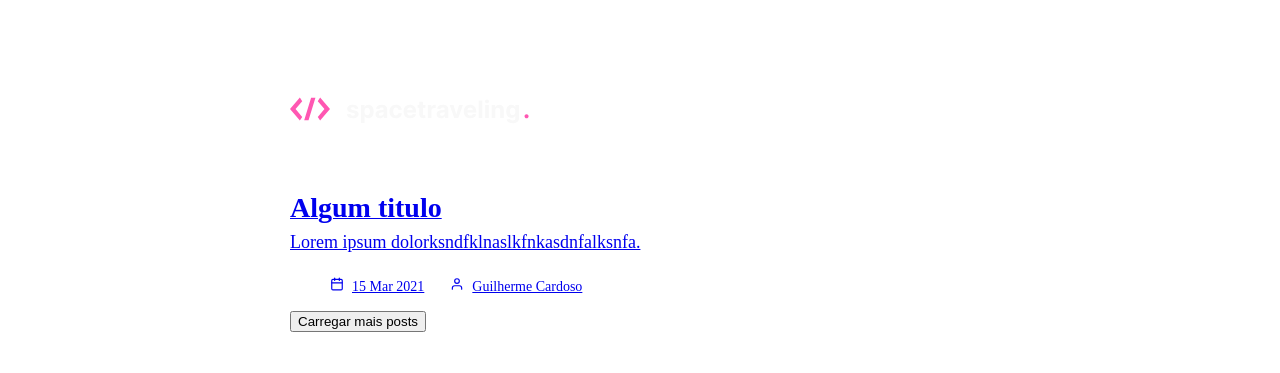
Repository: guilhermecardoso93/ignite-template-reactjs-criando-um-projeto-do-zero
Page: /
These files come from the project's save history. The page is drawn as it stood at one moment and after the next save; the edit follows.
The browser window is 1280 px wide. The pictures show the whole page.
The project was rebuilt for these pictures with package versions that can differ from the ones it lists, and the page was loaded fresh each time. The framework's server and built-in components were replaced by stand-ins that run in the browser.

Above is the page before, as saved 2022-07-24 11:56:51.

### src/pages/_document.tsx
import Document, { Head, Html, Main, NextScript } from "next/document";

export default class MyDocument extends Document {
  render() {
    return (
      <Html lang="pt-BR">
        <Head>
          <link rel="preconnect" href="https://fonts.googleapis.com" />
          <link rel="preconnect" href="https://fonts.gstatic.com" />
          <link
            href="https://fonts.googleapis.com/css2?family=Inter:wght@300;400;500;600;700&family=Roboto:wght@400;500;700&display=swap"
            rel="stylesheet"
          />
        </Head>
        <body>
          <Main />
          <NextScript />
        </body>
      </Html>
    );
  }
}

### src/pages/index.tsx
import { GetStaticProps } from 'next';
import Link from 'next/link';
import { FiCalendar, FiUser } from 'react-icons/fi';
import { Header } from '../components/Header';
import { getPrismicClient } from '../services/prismic';

import commonStyles from '../styles/common.module.scss';
import styles from './home.module.scss';

interface Post {
  uid?: string;
  first_publication_date: string | null;
  data: {
    title: string;
    subtitle: string;
    author: string;
  };
}

interface PostPagination {
  next_page: string;
  results: Post[];
}

interface HomeProps {
  postsPagination: PostPagination;
}

export default function Home(): JSX.Element {
  return (
    <>
      <main className={commonStyles.container}>
        <Header />

        <div className={styles.posts}>
          <Link href="/">
            <a className={styles.post}>
              <strong>Algum titulo</strong>
              <p>Lorem ipsum dolorksndfklnaslkfnkasdnfalksnfa.</p>
              <ul>
                <li>
                  <FiCalendar />
                  15 Mar 2021
                </li>
                <li>
                  <FiUser />
                  Guilherme Cardoso
                </li>
              </ul>
            </a>
          </Link>
        </div>
        <button type="button">Carregar mais posts</button>
      </main>
    </>
  );
}

### src/components/Header/index.tsx

import Link from "next/link";
import styles from "./header.module.scss";

export function Header() {
  return (
    <header className={styles.postHeader}>
      <Link href="/">
        <a>
          <img src="/logo.svg" alt="logo" className={styles.logo} />
        </a>
      </Link>
    </header>
  );
}

### src/styles/common.module.scss
.container {
  max-width: 700px;
  margin:4rem auto;
}

.preview {
  display: block;
  width:100%;
  max-width: 700px;
  margin: 0 auto;
  margin-top: 5.5rem;
  background:var(--heading);
  color:var(--background);
  text-align:center;
  border-radius: 4px;
  padding: 1rem;
  font-weight: 600;
  font-size: 1.125rem;
}

### src/pages/home.module.scss
.posts {
  margin-top: 2rem;

  > a {
    display: block;
  }

  a + a {
    margin-top: 3rem;
  }

  button {
    border: none;
    background-color: none;
    font-weight: 600;
    font-size: 1.125rem;
    color:var(--highlight);

  }
}

.post {
  strong {
    font-size: 1.75rem;
    font-weight: bold;
    color: var(--heading);
  }

  p {
    margin-top: 0.5rem;
    font-size: 1.125rem;
  }

  ul {
    list-style: none;
    margin-top: 1.5rem;
    display: flex;

    & li {
      font-size: 0.875rem;

      & svg {
        margin-right: 0.5rem;
      }

      & + li {
        margin-left: 1.625rem;
      }
    }
  }
}

### src/components/Header/header.module.scss
.postHeader {
  height: 6rem;
  max-width: 700px;
  margin: 0 auto;
  display: flex;
  align-items: center;
}

After the next save:
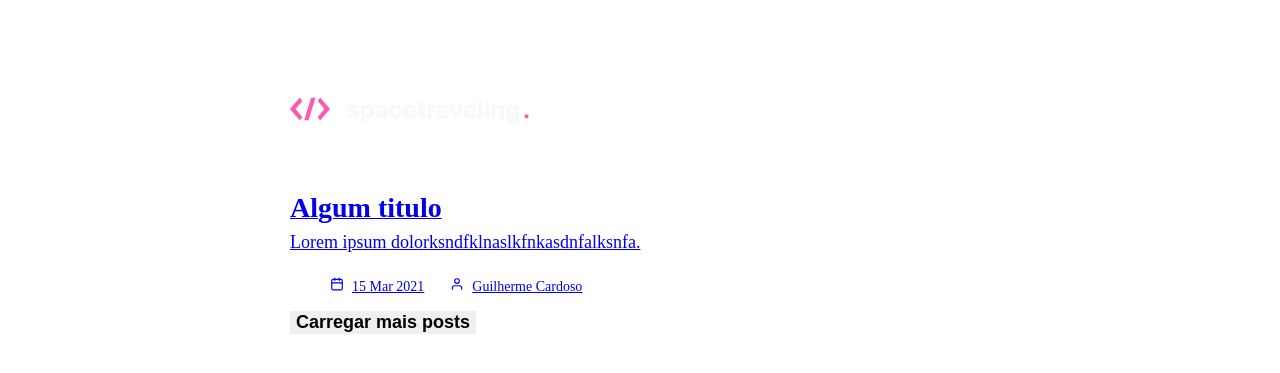
Saved 13 s later.
--- a/src/pages/index.tsx
+++ b/src/pages/index.tsx
@@ -49,8 +49,8 @@ export default function Home(): JSX.Element {
               </ul>
             </a>
           </Link>
+          <button type="button">Carregar mais posts</button>
         </div>
-        <button type="button">Carregar mais posts</button>
       </main>
     </>
   );
